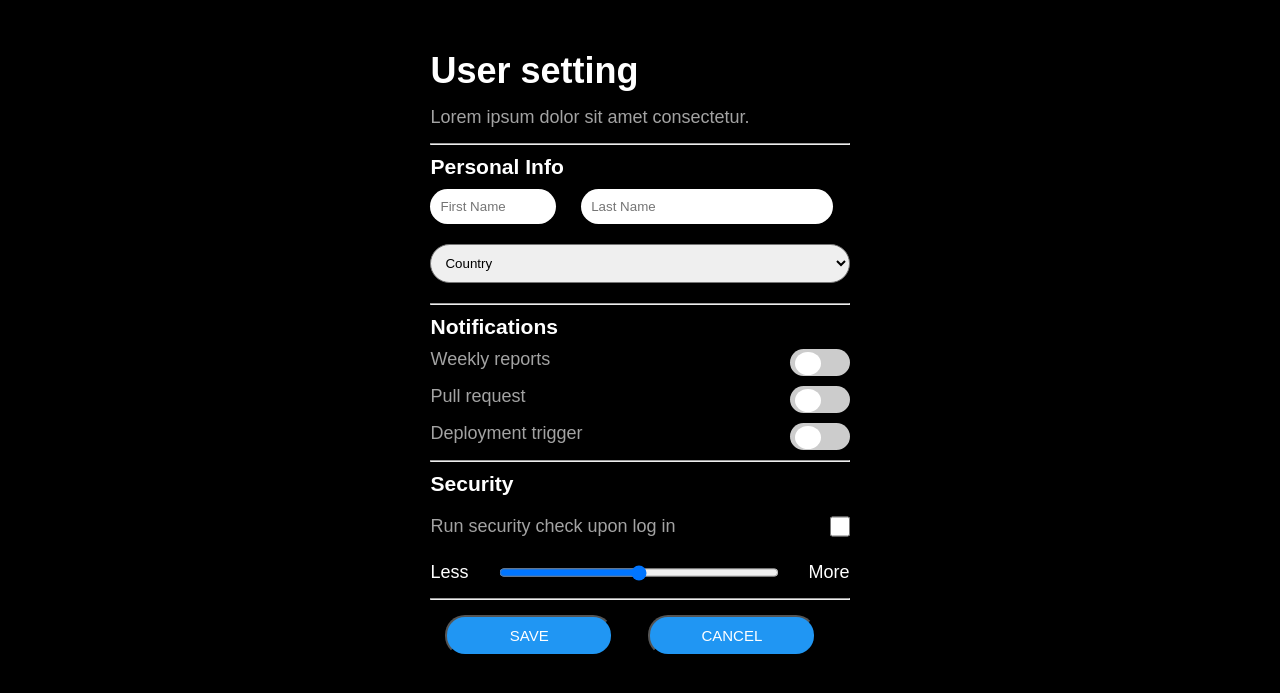
Repository: imokha01/DOM
Page: index.html
These files come from the project's save history. The page is drawn as it stood at one moment and after the next save; the edit follows.
The browser window is 1280 px wide. The pictures show the whole page.

Above is the page before, as saved 2023-12-21 10:20:06.

### index.html
<!DOCTYPE html>
<html lang="en">
  <head>
    <meta charset="UTF-8" />
    <meta name="viewport" content="width=device-width, initial-scale=1.0" />
    <title>Document</title>
    <link rel="stylesheet" href="./index.css" />
  </head>
<body>
  <div class="form_container">
    <form action="#" id="form">
      <div>
          <h1>User setting</h1>
          <p id="userPara">Lorem ipsum dolor sit amet consectetur.</p>
      </div>
      <hr>
      <div>
        <h3>Personal Info</h3>
        <input type="text" class="firstName" placeholder="First Name">
        <input type="text" class="lastName" placeholder="Last Name"> <br>
        <select>
            <option value="country" disabled hidden selected>Country</option>
            <option value="Nigeria">Nigeria</option>
            <option value="ghana">Ghana</option>
            <option value="algeria">Algeria</option>
        </select>
        <hr>
        <div>
          <h3>Notifications</h3>
          <div class="weeklyReport">
            <p class="week-para">Weekly reports</p>
            <!-- Rounded switch -->
            <div>
              <label class="switch">
                <input type="checkbox">
               <span class="slider round"></span>
              </label>
            </div>
          </div>
          <div class="pullRequest">
            <p class="pull-para">Pull request</p>
            <!-- Rounded switch -->
            <div>
              <label class="switch">
                <input type="checkbox">
               <span class="slider round"></span>
              </label>
            </div>
          </div>
          <div class="deployment">
            <p class="depoly-para">Deployment trigger</p>
            <!-- Rounded switch -->
            <div>
              <label class="switch">
                <input type="checkbox">
               <span class="slider round"></span>
              </label>
            </div>
          </div>
          <hr>
          <div class="security">
            <h3> Security</h3>
            <div>
              <p id="secu-para">Run security check upon log in</p>
              <input type="checkbox" id="check">
            </div>
            <div>
              <span>Less</span>
              <input type="range" id="range">
              <span> More </span>
            </div>
           <hr>
           <button type="save">SAVE</button>
           <button type="cancel">CANCEL</button
        </div>
        </div>
      </div>
    </form>
  </div>
    <script src="./index.js"></script>
  </body>
</html>

### index.css
* {
    margin: 0;
    padding: 0;
    box-sizing: border-box;
}

body{
    font-family: Arial, Helvetica, sans-serif;
    background-color: black;
    font-size: 18px;
}

.form_container {
    display: flex;
    justify-content: center;
    align-items: center;
    margin-top: 50px;
    gap: 2px;
    background-color: black;
    color: while;
}

form {
    color: white;
}

form p {
    color: #a3a3a3
}

#userPara {
    padding: 15px 0;
}

h3 {
    margin: 10px 0;
}

.firstName{
    width: 30%;
    padding: 10px;
    border-radius: 20px;
    margin-right: 20px;
    border: none;
  }

  .lastName {
    width: 60%;
    padding: 10px;
    border-radius: 20px;
    border: none;

}

select {
    width: 100%;
    padding: 10px 10px;
    border-radius: 20px;
    margin: 20px 0;
  }

  option {
    padding: 20px 0;

  }
  .weeklyReport,
  .deployment,
  .pullRequest {
    display: flex;
    justify-content: space-between;
    margin-bottom: 10px;
  }

  .security h3 + div {
    display: flex;
    justify-content: space-between;
    padding: 10px 0;
  }

#check {
  width: 20px;
}

.security div:last-of-type{
    width: 100%;
    display: flex;
    justify-content: space-between;
    padding: 15px 0;
  }

  #range {
    width: 280px;
    we
  }

/* input[type='range']::-webkit-slider-runnable-track {
    background-color: green;
  } */

  button {
    padding: 10px;
    border-radius: 20px;
    margin: 20px 0;
    font-size: 15px;
    width: 40%;
    margin: 15px;
    background-color: #2096f3;
    color: white;
}

button:hover {
    cursor: pointer;
    background-color: green;
    color: blue;
}






/* The switch - the box around the slider */
.switch {
    position: relative;
    display: inline-block;
    width: 60px;
    height: 27px;
  }

  /* Hide default HTML checkbox */
  .switch input {
    opacity: 0;
    width: 0;
    height: 0;
  }

  /* The slider */
  .slider {
    position: absolute;
    cursor: pointer;
    top: 0;
    left: 0;
    right: 0;
    bottom: 0;
    background-color: #ccc;
    -webkit-transition: .4s;
    transition: .4s;
  }

  .slider:before {
    position: absolute;
    content: "";
    height: 23px;
    width: 26px;
    left: 5px;
    bottom: 1px;
    background-color: white;
    -webkit-transition: .4s;
    transition: .4s;
  }

  input:checked + .slider {
    background-color: #2196F3;
  }

  input:focus + .slider {
    box-shadow: 0 0 1px #2196F3;
  }

  input:checked + .slider:before {
    -webkit-transform: translateX(26px);
    -ms-transform: translateX(26px);
    transform: translateX(26px);
  }

  /* Rounded sliders */
  .slider.round {
    border-radius: 34px;
  }

  .slider.round:before {
    border-radius: 50%;
  }

### index.js
// const button = document.getElementsByTagName("button")[0]
// console.log(button)

// button.style.backgroundColor = "skyblue"
// button.style.padding = "20px";
// button.style.border = "none";
// button.style.borderRadius = "10px";
// button.style.fontSize  = "1.5em";
// button.style.color = "red";

// const body = document.querySelector("body")
// body.style.backgroundColor = "lightgreen";

const newDiv = document.createElement("div");
const newContent = document.createTextNode("hey, What is up");
newDiv.appendChild(newContent);
console.log(newDiv)

const button = document.createElement("button")

After the next save:
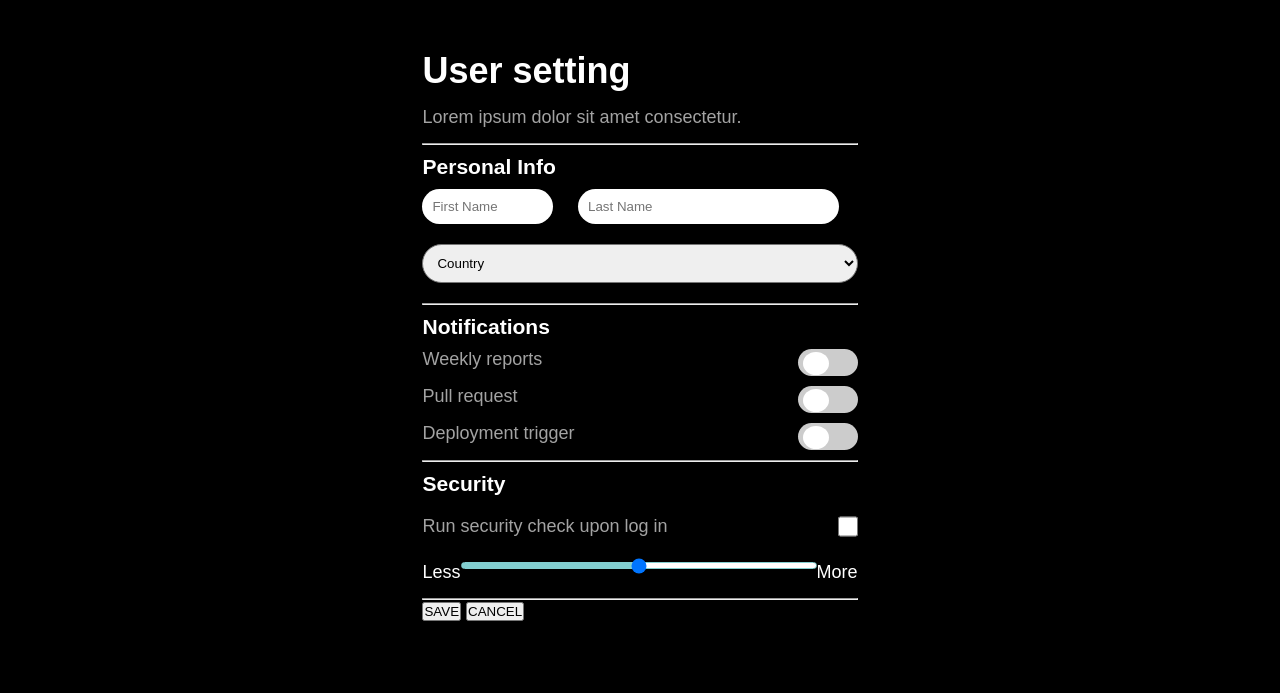
Saved 29 s later.
--- a/index.css
+++ b/index.css
@@ -90,7 +90,15 @@ select {
 
   #range {
     width: 280px;
-    we
+    background: linear-gradient(to right, #82CFD0 0%, #82CFD0 50%, #fff 50%, #fff 100%);
+    border: solid 1px #82CFD0;
+    border-radius: 8px;
+    height: 7px;
+    width: 356px;
+    outline: none;
+    transition: background 450ms ease-in;
+    -webkit-appearance: none;
+  }
   }
 
 /* input[type='range']::-webkit-slider-runnable-track {
